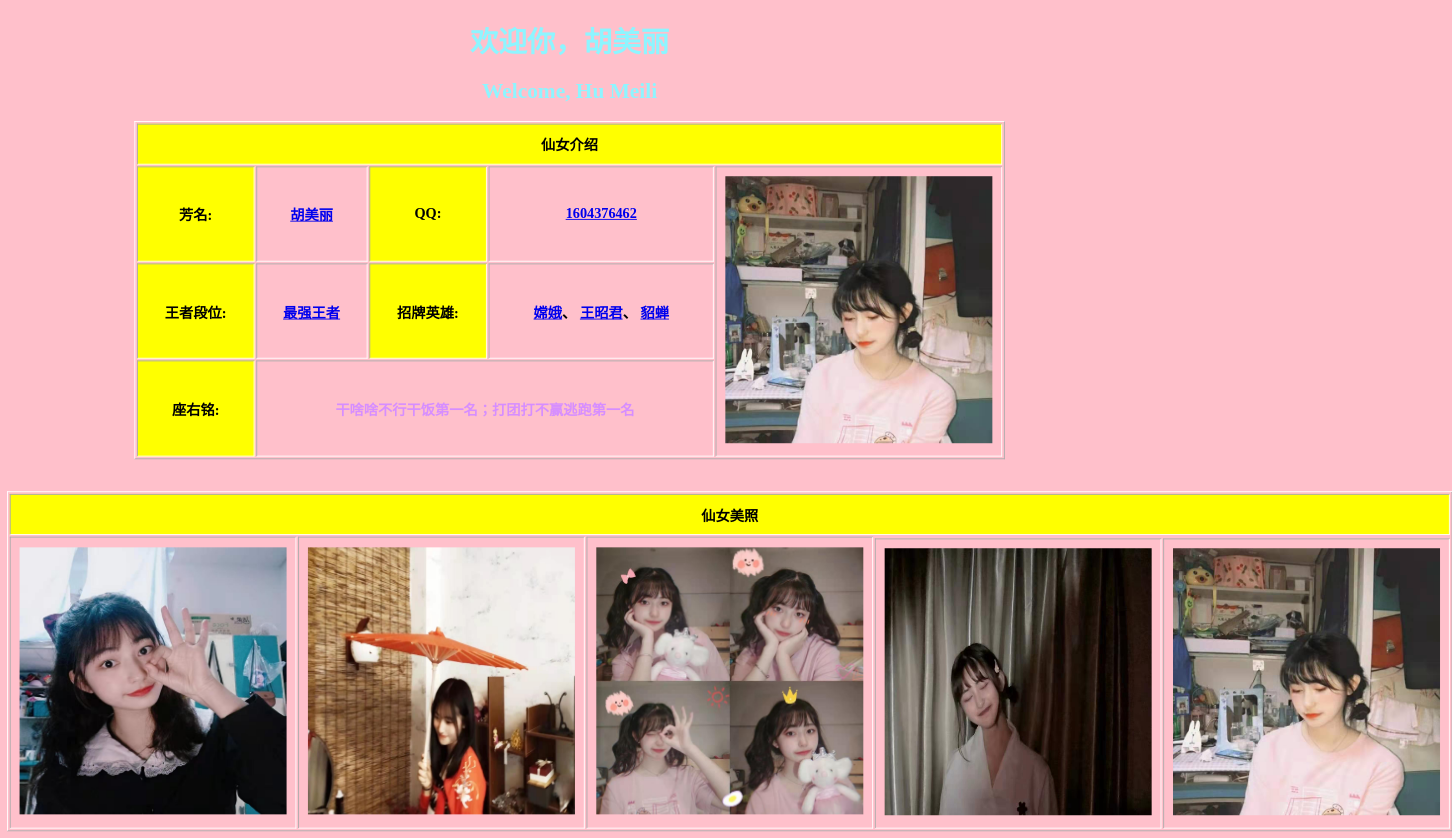
Repository: NanmeiYC/NanmeiYC.github.io
Page: index.html
The author's editor kept a copy of each file at every save. The page is drawn from the files as they stood at one save, then again after the next save.
The browser window is 1280 px wide. The page is 1632 px wide, so the pictures cover 1632 px, including what lies to the right of the window. The pictures show the whole page, at 89% of full size.

Above is the page before, as saved 2021-05-29 03:16:25.

After the next save:
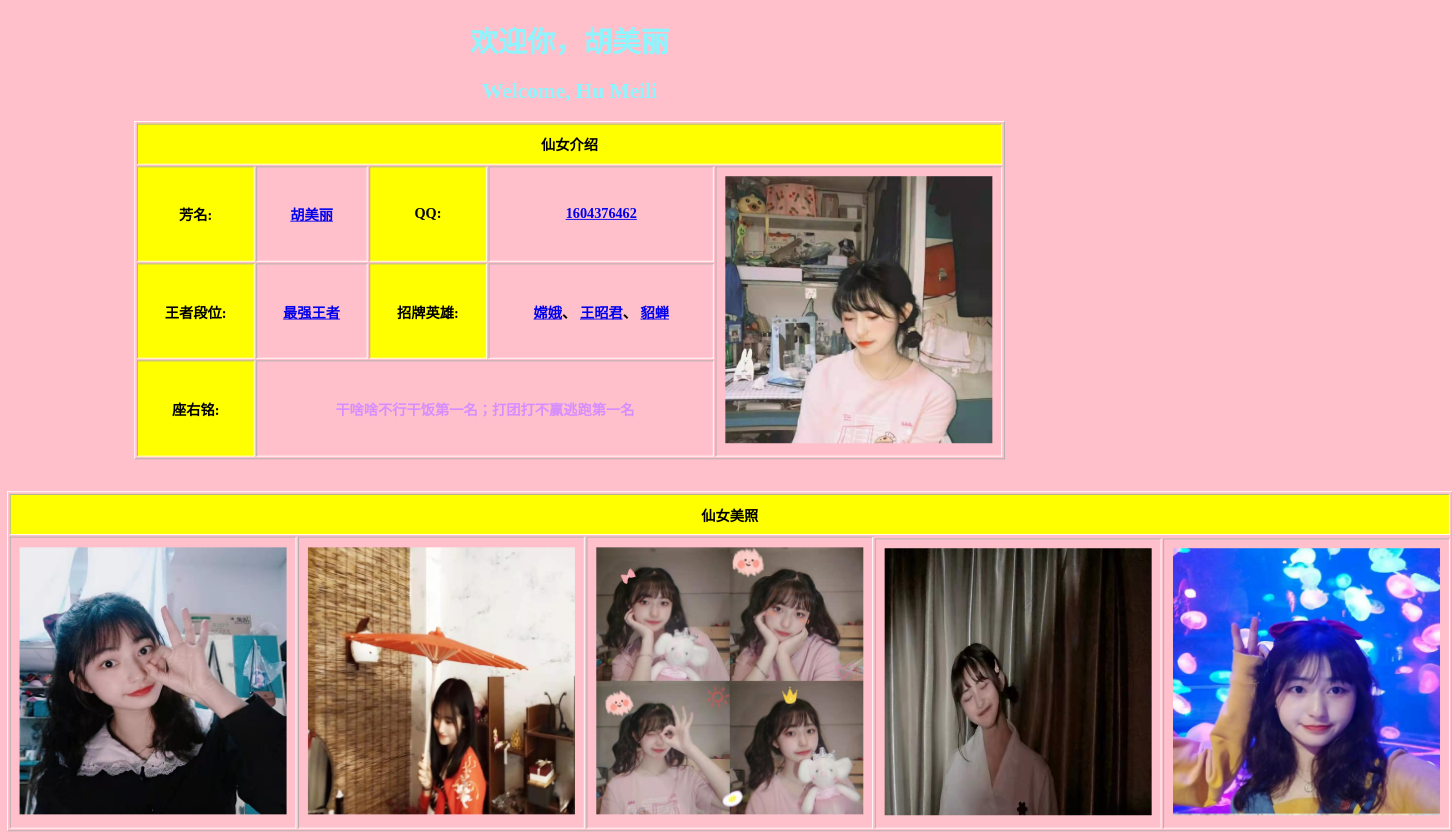
Saved 4 s later.
--- a/index.html
+++ b/index.html
@@ -48,5 +48,5 @@
         </tr>
         <tr align="center">
             <th rowspan="3" width="100" <p><a href="https://user.qzone.qq.com/1604376462?source=aiostar"><img border="0" src="images\胡美丽2.jpg" width="300px" height="300px"></th>
-            <th rowspan="3" width="100" <p><a href="https://user.qzone.qq.com/1604376462?source=aiostar"><img border="0" src="images\胡美丽主.jpg" width="300px" height="300px"></th>
+            <th rowspan="3" width="100" <p><a href="https://user.qzone.qq.com/1604376462?source=aiostar"><img border="0" src="images\胡美丽4.jpg" width="300px" height="300px"></th>
         </tr>
